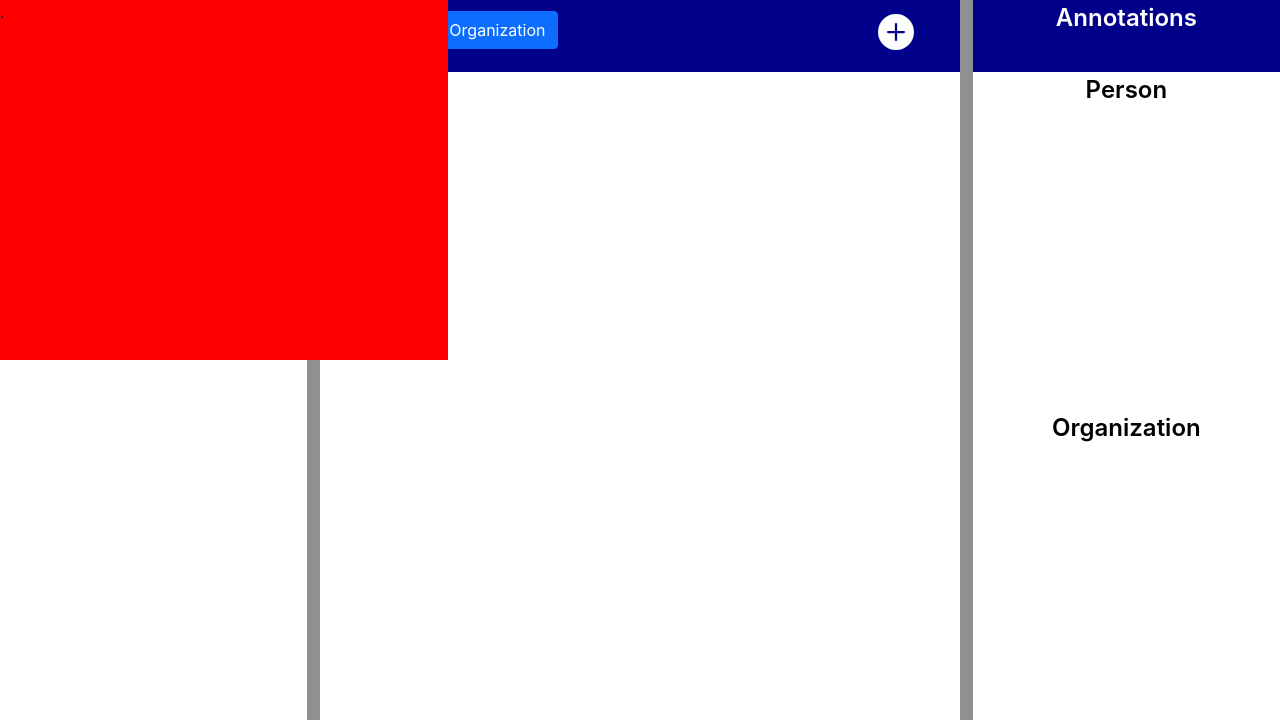
Repository: napan24/classforma_assignment
Page: / (app in client/)
An editor plug-in stored every save of this project. The page is shown before and after a run of saves, followed by the edit.
The browser window is 1280 px wide. The pictures show the whole page.
The project was rebuilt for these pictures with package versions that can differ from the ones it lists, and the page was loaded fresh each time. Also part of the build but not shown: client/src/App.css.

Above is the page before, as saved 2022-07-20 16:38:12.

### client/public/index.html
<!DOCTYPE html>
<html lang="en">
  <head>
    <meta charset="utf-8" />
    <link rel="icon" href="%PUBLIC_URL%/favicon.ico" />
    <meta name="viewport" content="width=device-width, initial-scale=1" />
    <meta name="theme-color" content="#000000" />
    <meta
      name="description"
      content="Web site created using create-react-app"
    />
    <link href="https://cdn.jsdelivr.net/npm/bootstrap@5.1.3/dist/css/bootstrap.min.css" rel="stylesheet" integrity="sha384-1BmE4kWBq78iYhFldvKuhfTAU6auU8tT94WrHftjDbrCEXSU1oBoqyl2QvZ6jIW3" crossorigin="anonymous">
    <link rel="apple-touch-icon" href="%PUBLIC_URL%/logo192.png" />
    <!--
      manifest.json provides metadata used when your web app is installed on a
      user's mobile device or desktop. See https://developers.google.com/web/fundamentals/web-app-manifest/
    -->
    <link rel="manifest" href="%PUBLIC_URL%/manifest.json" />
    <!--
      Notice the use of %PUBLIC_URL% in the tags above.
      It will be replaced with the URL of the `public` folder during the build.
      Only files inside the `public` folder can be referenced from the HTML.

      Unlike "/favicon.ico" or "favicon.ico", "%PUBLIC_URL%/favicon.ico" will
      work correctly both with client-side routing and a non-root public URL.
      Learn how to configure a non-root public URL by running `npm run build`.
    -->
    <title>React App</title>
  </head>
  <body>
    <noscript>You need to enable JavaScript to run this app.</noscript>
    <div id="root"></div>
    <!--
      This HTML file is a template.
      If you open it directly in the browser, you will see an empty page.

      You can add webfonts, meta tags, or analytics to this file.
      The build step will place the bundled scripts into the <body> tag.

      To begin the development, run `npm start` or `yarn start`.
      To create a production bundle, use `npm run build` or `yarn build`.
    -->
    <script src="https://cdn.jsdelivr.net/npm/bootstrap@5.1.3/dist/js/bootstrap.bundle.min.js" integrity="sha384-ka7Sk0Gln4gmtz2MlQnikT1wXgYsOg+OMhuP+IlRH9sENBO0LRn5q+8nbTov4+1p" crossorigin="anonymous"></script>
  </body>
</html>

### client/src/App.js
import logo from './logo.svg';
import './App.css';
import Home from './Home';

function App() {
  return (
    <>
      <Home></Home>
    </>
  );
}

export default App;

### client/src/Home.js
'strict origin'
import React, { useState, useEffect } from 'react'
const Home = () => {
    const [textField, setTextField] = useState();
    const [person, setPerson] = useState();
    const [place, setPlace] = useState();
    const [personName, setPersonName] = useState(['']);
    const [placeName, setPlaceName] = useState(['']);
    useEffect(() => {
        if (textField) {
            trending();
        }
    }, [textField])
    const trending = async () => {
        const res = await fetch("/", {
            method: 'POST',
            headers: {
                "Content-Type": "application/json"
            },
            body: JSON.stringify({ textField })
        });
        const result = await res.json();
        console.log(result);
        setPerson(result.filter((arr) => arr.type == 'Person'));
        setPlace(result.filter((arr) => arr.type[0] == 'Place'||arr.type[0] == 'PopulatedPlace'||arr.type[0] == 'Settlement'||arr.type[0] == 'City'));
    };
    useEffect(() => {
        setPersonName(['']);
        if (person) {
            person.forEach(function (arrayItem) {
                setPersonName(curr => [...curr, arrayItem.entityId]);
            });
        }
    }, [person])
    useEffect(() => {
        setPlaceName(['']);
        if (place) {
            console.log(place);
            place.forEach(function (arrayItem) {
                setPlaceName(curr => [...curr, arrayItem.entityId]);
            });
        }
    }, [place])
    const showFile = async (e) => {
        e.preventDefault()
        const reader = new FileReader()
        reader.onload = async (e) => {
            const text = (e.target.result)
            setTextField(text);
        };
        reader.readAsText(e.target.files[0])
    }
    function replace(e) {
        var data = e.currentTarget.parentElement.querySelector('.userName').innerHTML;
        setTextField(textField.replace(data, ''));
    }
    return (
        <>
        <div style={{height:"50vh",width:"35vw",backgroundColor:"red",position:"absolute",zIndex:'2'}}>
            .
        </div>
            <div style={{ display: 'flex', width: "100vw", height: "100vh", backgroundColor: "#8f9091", overflow: "hidden" }}>
                <div style={{ width: "24vw", height: "100vh", backgroundColor: "white", marginRight: "1vw" }}>
                    <div style={{ width: "24vw", height: "10vh", backgroundColor: "#00008b", textAlign: 'center', fontSize: '150%', color: "white", fontWeight: "600", position: "fixed" }}>
                        <p style={{ marginTop: "2vh" }}>
                            Records
                        </p>
                    </div>
                    <div>

                    </div>
                </div>
                <div style={{ width: "50vw", height: "100vh", backgroundColor: "white", marginRight: "1vw", overflowY: "unset" }}>
                    <div style={{ width: "50vw", height: "10vh", backgroundColor: "#00008b", position: 'relative', overflowY: 'hidden' }}>
                        <div class="btn-group" style={{ marginTop: "1.5vh", marginLeft: "2vw" }}>
                            <button type="button" class="btn btn-primary" style={{ marginRight: "1vw" }}>Person</button>
                            <button type="button" class="btn btn-primary">Organization</button>
                        </div>
                        <label for="file">
                            <svg style={{ width: "20%", height: "50%", position: "absolute", right: "0", top: "2vh", color: "white" }} xmlns="http://www.w3.org/2000/svg" fill="currentColor" class="bi bi-plus-circle-fill" viewBox="0 0 16 16">
                                <path d="M16 8A8 8 0 1 1 0 8a8 8 0 0 1 16 0zM8.5 4.5a.5.5 0 0 0-1 0v3h-3a.5.5 0 0 0 0 1h3v3a.5.5 0 0 0 1 0v-3h3a.5.5 0 0 0 0-1h-3v-3z" />
                            </svg>
                        </label>
                        <input type="file" id="file" onChange={(e) => showFile(e)} style={{ display: "none" }} />
                    </div>
                    <div style={{ width: "48vw", height: "85vh", marginLeft: "2vw", marginTop: "5vh", overflowY: "scroll" }}>
                        {textField}
                    </div>
                </div>
                <div style={{ width: "24vw", height: "100vh", backgroundColor: "white" }}>
                    <div style={{ width: "24vw", height: "10vh", backgroundColor: "#00008b", textAlign: 'center', fontSize: '150%', color: "white", fontWeight: "600" }}>
                        <p>
                            Annotations
                        </p>
                    </div>
                    <div style={{ width: "24vw", height: "5vh", backgroundColor: "white", textAlign: 'center', fontSize: '150%', color: "black", fontWeight: "600",marginBottom:"2vh" }}>
                        <p>
                            Person
                        </p>
                    </div>
                    <div style={{ maxWidth: "24vw", height: "40vh", backgroundColor: "white", textAlign: 'center', fontSize: '150%', color: "black", fontWeight: "600", zIndex: "2", overflowY: "scroll", overflowX: "hidden" }}>
                        {personName && personName.map((user) => (
                            user.length > 0 && <div style={{ width: "24vw", color: "black", height: "3vh", fontSize: "2vh", position: 'relative', borderBottom: '1px solid black' }}>
                                <span className='userName' style={{ width: "12vw" }}>
                                    {user}
                                </span>
                                <svg onClick={(e) => { replace(e) }} style={{ width: "3.5vw", height: "3.5vh", position: 'absolute', right: "0vw", top: "0vh" }} xmlns="http://www.w3.org/2000/svg" style={{ height: "3vh", width: "2vw", color: 'red' }} fill="currentColor" class="bi bi-x" viewBox="0 0 16 16">
                                    <path d="M4.646 4.646a.5.5 0 0 1 .708 0L8 7.293l2.646-2.647a.5.5 0 0 1 .708.708L8.707 8l2.647 2.646a.5.5 0 0 1-.708.708L8 8.707l-2.646 2.647a.5.5 0 0 1-.708-.708L7.293 8 4.646 5.354a.5.5 0 0 1 0-.708z" />
                                </svg>
                            </div>
                        ))}
                    </div>
                    <div style={{ width: "24vw", height: "5vh", backgroundColor: "white", textAlign: 'center', fontSize: '150%', color: "black", fontWeight: "600",marginBottom:"2vh" }}>
                        <p>
                            Organization
                        </p>
                    </div>
                    <div style={{ width: "24vw", height: "40vh", backgroundColor: "white", textAlign: 'center', fontSize: '150%', color: "black", fontWeight: "600", overflowY: "scroll" }}>
                        {placeName && placeName.map((user) => (
                            user.length > 0 && <div style={{ width: "24vw", color: "black", height: "3vh", fontSize: "2vh", position: 'relative', borderBottom: '1px solid black' }}>
                                <span className='userName' style={{ width: "12vw" }}>
                                    {user}
                                </span>
                                <svg onClick={(e) => { replace(e) }} style={{ width: "3.5vw", height: "3.5vh", position: 'absolute', right: "0vw", top: "0vh" }} xmlns="http://www.w3.org/2000/svg" style={{ height: "3vh", width: "2vw", color: 'red' }} fill="currentColor" class="bi bi-x" viewBox="0 0 16 16">
                                    <path d="M4.646 4.646a.5.5 0 0 1 .708 0L8 7.293l2.646-2.647a.5.5 0 0 1 .708.708L8.707 8l2.647 2.646a.5.5 0 0 1-.708.708L8 8.707l-2.646 2.647a.5.5 0 0 1-.708-.708L7.293 8 4.646 5.354a.5.5 0 0 1 0-.708z" />
                                </svg>
                            </div>
                        ))}
                    </div>
                </div>
            </div>
        </>
    )
}

export default Home

Loaded but not shown: client/src/index.js (common file); client/src/index.css (common file); client/src/reportWebVitals.js (common file)

After the next 3 saves:
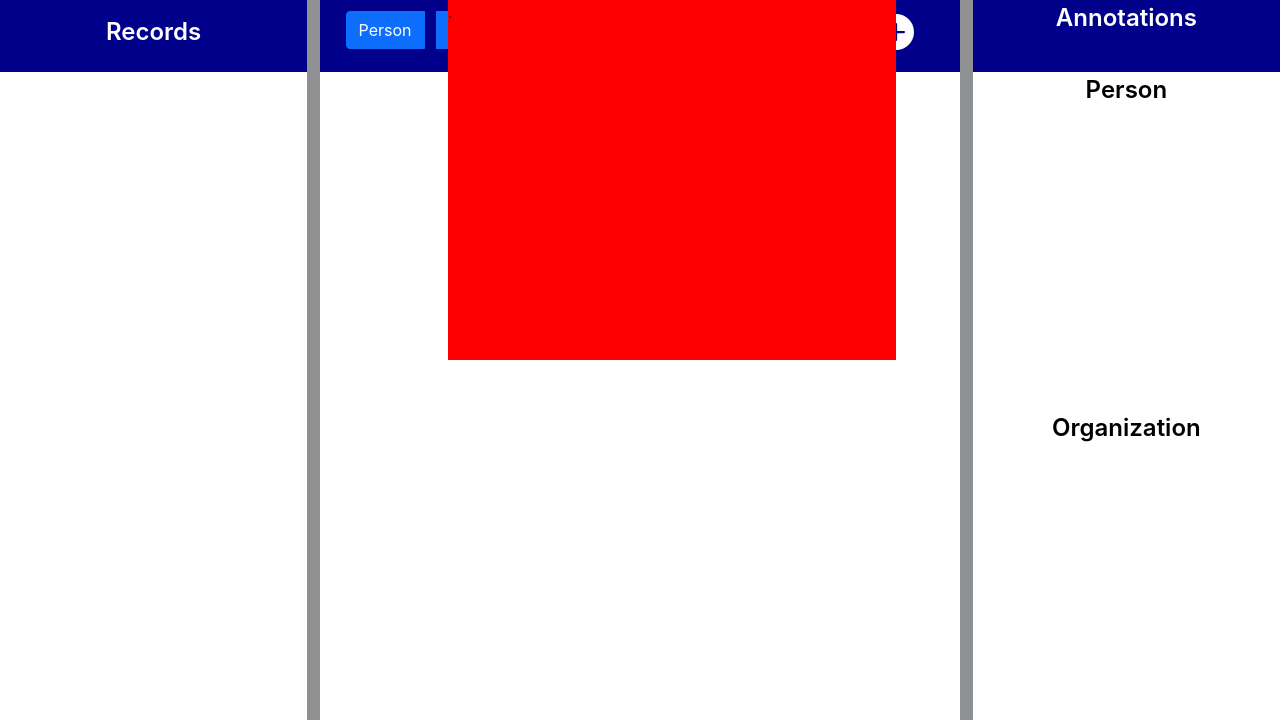
The 3 saves are shown as one change because they came seconds apart.
The last was saved 16 s later.
--- a/client/src/Home.js
+++ b/client/src/Home.js
@@ -56,7 +56,7 @@ const Home = () => {
     }
     return (
         <>
-        <div style={{height:"50vh",width:"35vw",backgroundColor:"red",position:"absolute",zIndex:'2'}}>
+        <div style={{height:"50vh",width:"35vw",backgroundColor:"red",position:"absolute",zIndex:'2',left:"35%"}}>
             .
         </div>
             <div style={{ display: 'flex', width: "100vw", height: "100vh", backgroundColor: "#8f9091", overflow: "hidden" }}>
